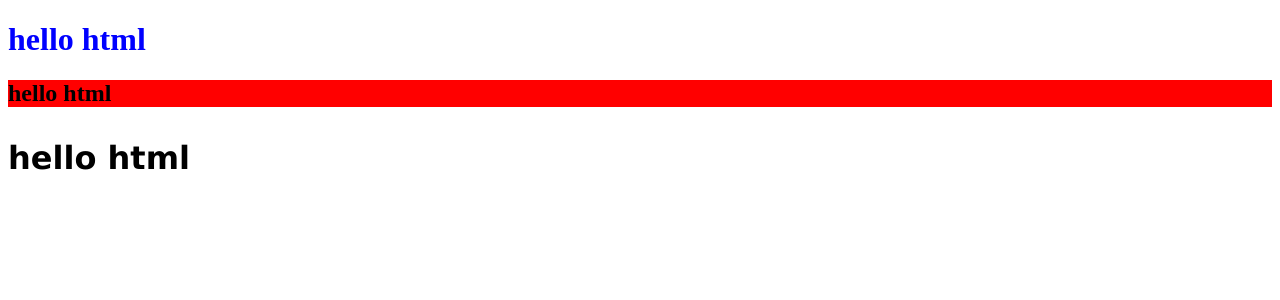
Repository: xsa1113/posco_ict
Page: html/TestSample/WebContent/index1.html
These files come from the project's save history. The page is drawn as it stood at one moment and after the next save; the edit follows.
The browser window is 1280 px wide. The pictures show the whole page.

Above is the page before, as saved 2022-05-04 07:18:42.

After the next save:
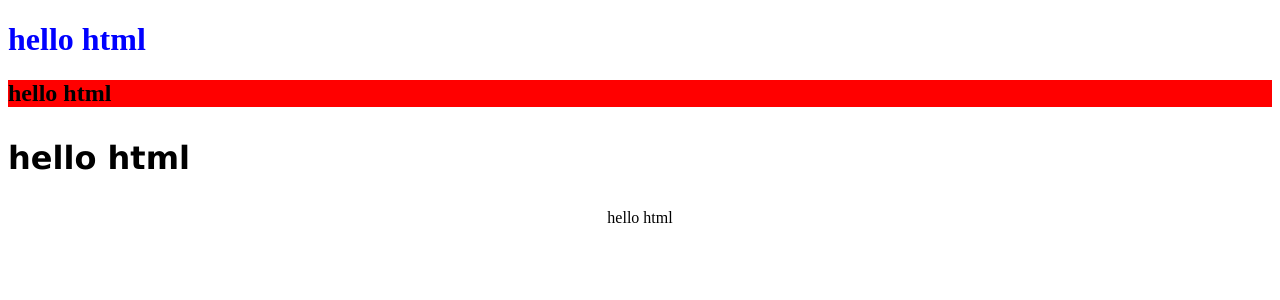
Saved 28 s later.
--- a/html/TestSample/WebContent/index1.html
+++ b/html/TestSample/WebContent/index1.html
@@ -19,5 +19,7 @@
 
  <h3 style="font-family : verdana; font-size:200%">hello html </h3>
 
+ <p style="text-align : center;"> hello html </p>
+
 </body>
 </html>
